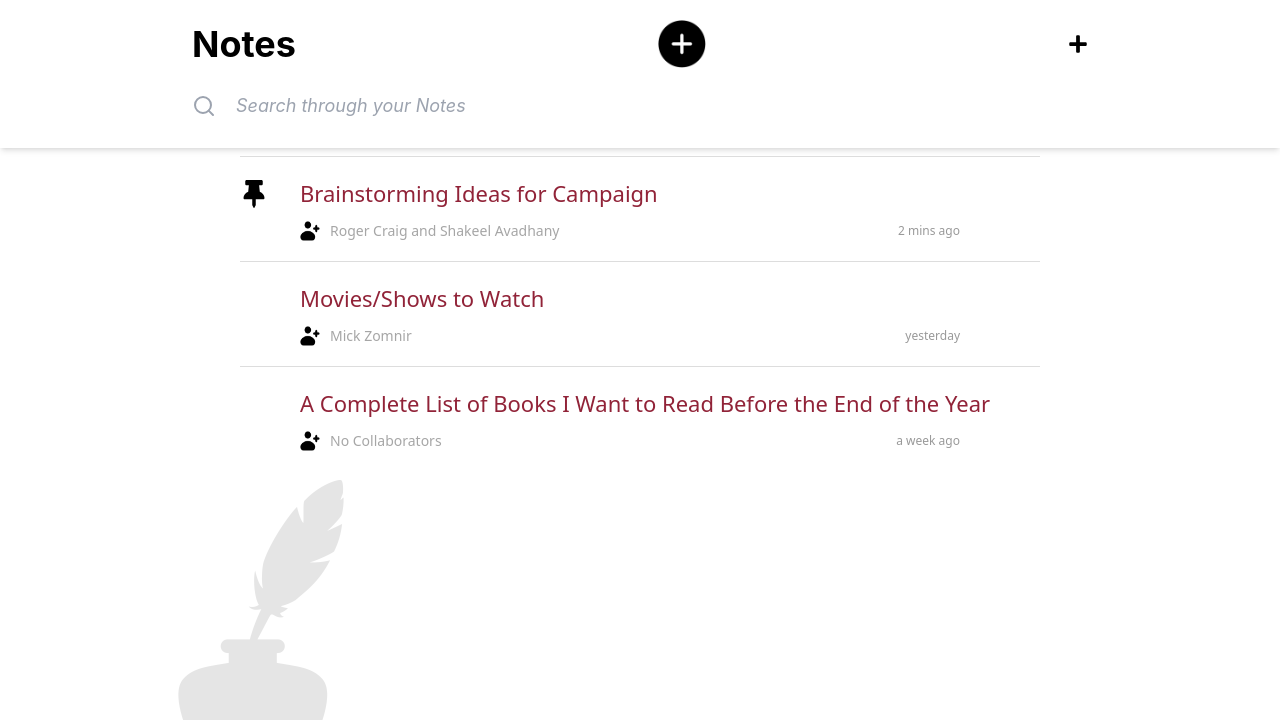
Repository: shabiasaeed/Notes-app
Page: /
The author's editor kept a copy of each file at every save. The page is drawn from the files as they stood at one save, then again after the next save.
The browser window is 1280 px wide. The pictures show the whole page.
The project was rebuilt for these pictures with package versions that can differ from the ones it lists, and the page was loaded fresh each time. Also part of the build but not shown: src/components/Header.css, src/App.css.

Above is the page before, as saved 2025-01-01 18:20:47.

### src/App.js
import React, { useState } from 'react';
import Header from './components/Header';
import Note from './components/Note';
import './App.css';
import backgroundInk from './assets/ink-background-element.png';

//Component to handle the rendering of the header and note compnents
function App() {
  // Displaying few static notes
  const [notes, notesList] = useState([
    {
      title: "Brainstorming Ideas for Campaign",
      author: "Roger Craig and Shakeel Avadhany",
      time: "2 mins ago",
      pinned: true
    },
    {
      title: "Movies/Shows to Watch",
      author: "Mick Zomnir",
      time: "yesterday",
      pinned: false
    },
    {
      title: "A Complete List of Books I Want to Read Before the End of the Year",
      author: "No Collaborators",
      time: "a week ago",
      pinned: false
    }
  ]);

  function handleDelete(title){
    notesList(notes.filter( note => note.title !== title))
  }

  function handlePinToggle(title){
    notesList(prevNotes => prevNotes.map(note => note.title === title ? { ...note, pinned: !note.pinned } : note));
  };

  // Search state
  const [searchNotes, setSearchNotes] = useState('');

  // Filter notes based on search
  const filteredNotes = notes.filter(note => note.title.toLowerCase().includes(searchNotes.toLowerCase()));

  // Pinned notes to appear at the top
  const sortedNotes = filteredNotes.sort((a, b) => b.pinned - a.pinned);

  return (
    <div className="App">
      <Header setSearchNotes={setSearchNotes}/>
      <main className="p-2 relative flex flex-col items-center font-sans">
        <img src={backgroundInk} alt="Ink Element" className="fixed top-2/3 right-2/3 transform -translate-x-1/2 z-[-1] w-26"/>
        {sortedNotes.map((note, index) => (
          <Note key={index} title={note.title} author={note.author} time={note.time} pinned={note.pinned} onDelete={handleDelete} onPinToggle={handlePinToggle}/>
        ))}
      </main>
    </div>
  );
}

export default App;

### src/components/Header.js
import React from 'react';
import './Header.css';
import addButton from '../assets/add-button.png';
import { FiSearch } from 'react-icons/fi';
import { FaPlus } from 'react-icons/fa';


// Component to handle the display of the application's header section
const Header = ({ setSearchNotes }) => {
  return (
    <header className="p-5 bg-white flex flex-col items-center shadow-md">
      <div className="flex items-center justify-between w-full max-w-4xl">
        <h1 className="text-4xl font-bold text-black">Notes</h1>
        <button className="bg-transparent border-none cursor-pointer">
          <img src={addButton} alt="Add" className="w-12 h-12"/>
        </button>
        <FaPlus className="w-5 h-5 cursor-pointer"/>
      </div>
      <div className="flex items-center w-full max-w-4xl mt-4">
        <FiSearch className="w-6 h-6 text-gray-400 mr-3" />
        <input type="text" placeholder="Search through your Notes" className="flex-grow border-none outline-none p-2 text-lg italic placeholder-gray-400" onChange={(e) => setSearchNotes(e.target.value)}/>
      </div>
    </header>
  );
};

export default Header;

### src/components/Note.js
import React, { useState } from 'react';
import './Note.css';
import userIcon from '../assets/user-icon.png';
import { FiTrash } from 'react-icons/fi';
import { FaThumbtack } from 'react-icons/fa';
import { TbPinned } from 'react-icons/tb';

//Component to handle the display of the note's section
const Note = ({ title, author, time, pinned, onDelete, onPinToggle }) => {
  const [isHovered, setIsHovered] = useState(false); //State for checking whether the note is hovered


  return (
    <div className="note" onMouseEnter={() => setIsHovered(true)} onMouseLeave={() => setIsHovered(false)}>
      <div className={`note-header ${pinned ? 'pinned' : 'unpinned'}`}>
      {pinned ? (<FaThumbtack className="pin-icon" onClick={() => onPinToggle(title)}/>) : (isHovered && (<TbPinned className="pin-icon" onClick={() => onPinToggle(title)}/>))}
        <h2>{title}</h2>
        {isHovered && (<FiTrash className="delete-icon" onClick={() => onDelete(title)}/>)}
      </div>
      <div className="note-footer">
        <img src={userIcon} alt="User" className="user-icon"/>
        <p>{author}</p>
        <span>{time}</span>
      </div>
    </div>
  );
};

export default Note;

### src/components/Note.css
/* Styling for notes */
.note {
    padding: 20px;
    border-top: 1px solid #ddd;
    position: relative;
    display: flex;
    flex-direction: column;
    width: 100%;
    max-width: 800px;
    margin: 0 auto;
}

.note-header {
    display: flex;
    align-items: center;
    padding-left: 30px;
}

.note-header h2 {
    margin: 0 0 0 10px;
    font-size: 22px;
    color: #912338;
}

.pin-icon {
    width: 28px;
    height: 28px;
    position: absolute;
    left: 0;
    cursor: pointer;
}

.note-footer {
    display: flex;
    align-items: center;
    margin-top: 10px;
    padding-left: 40px;
    position: relative;
}

.note-footer img {
    width: 20px;
    height: 20px;
    margin-right: 10px;
}

.note-footer p {
    margin: 0;
    font-size: 14px;
    color: #a6a6a6;
}

.note-footer span {
    margin-left: auto;
    font-size: 12px;
    color: #999;
    margin-right: 60px;
}

/* Styling for delete icon */
.delete-icon {
    cursor: pointer;
    position: absolute;
    right: 10px;
}

Loaded but not shown: public/index.html (common file); src/index.js (common file); src/index.css (common file); src/reportWebVitals.js (common file); tailwind.config.js (common file)

After the next save:
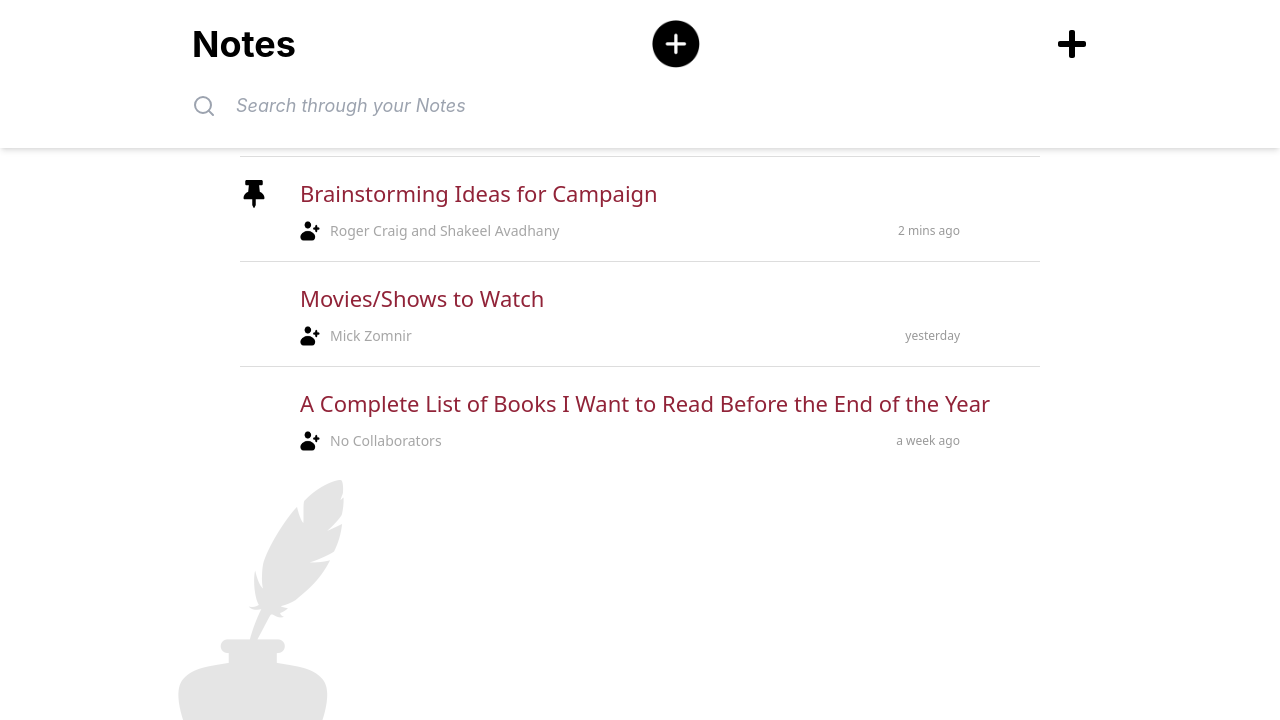
Saved 12 s later.
--- a/src/components/Header.js
+++ b/src/components/Header.js
@@ -14,7 +14,7 @@ const Header = ({ setSearchNotes }) => {
         <button className="bg-transparent border-none cursor-pointer">
           <img src={addButton} alt="Add" className="w-12 h-12"/>
         </button>
-        <FaPlus className="w-5 h-5 cursor-pointer"/>
+        <FaPlus className="w-8 h-8 cursor-pointer"/>
       </div>
       <div className="flex items-center w-full max-w-4xl mt-4">
         <FiSearch className="w-6 h-6 text-gray-400 mr-3" />
